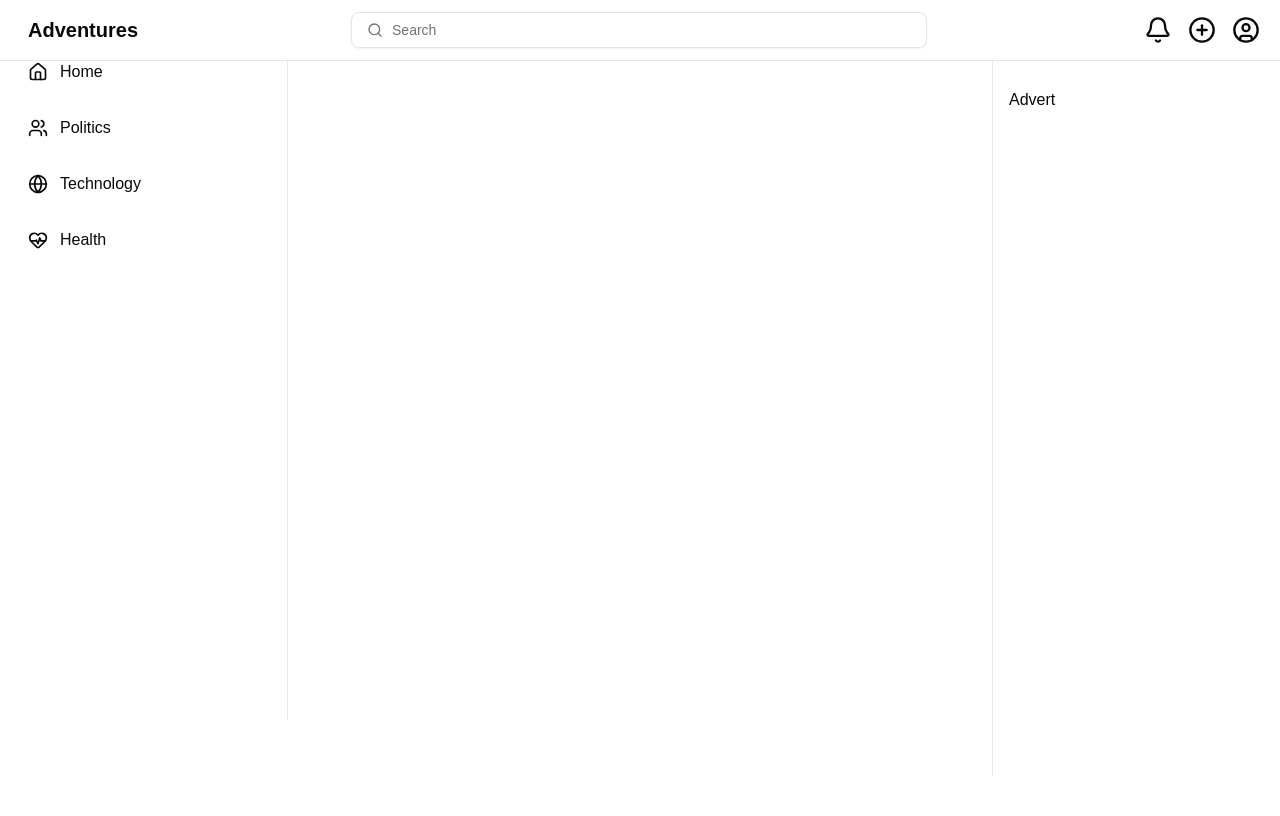
Repository: IssaMuiz/afrixpace-frontend
Page: /
An editor plug-in stored every save of this project. The page is shown before and after the next save, followed by the edit.
The browser window is 1280 px wide. The pictures show the whole page.
The page's requests for data from a server got no answer. The project was rebuilt for these pictures with package versions that can differ from the ones it lists, and the page was loaded fresh each time. The framework's server and built-in components were replaced by stand-ins that run in the browser. No one was signed in, and anything a server would have sent is missing. Also part of the build but not shown: next.config.ts, components/ui/card.tsx, components/Vote.tsx, components/PostCard.tsx.

Above is the page before, as saved 2025-02-05 14:22:09.

### app/layout.tsx
import type { Metadata } from "next";
import { Geist, Geist_Mono } from "next/font/google";
import "./globals.css";
import LayoutWrapper from "@/components/LayoutWrapper";

const geistSans = Geist({
  variable: "--font-geist-sans",
  subsets: ["latin"],
});

const geistMono = Geist_Mono({
  variable: "--font-geist-mono",
  subsets: ["latin"],
});

export const metadata: Metadata = {
  title: "Adventurer app",
  description: "Share your adventure experience here",
};

export default function RootLayout({
  children,
}: Readonly<{
  children: React.ReactNode;
}>) {
  return (
    <html lang="en">
      <body
        className={`${geistSans.variable} ${geistMono.variable} min-h-screen antialiased`}
      >
        <LayoutWrapper>{children}</LayoutWrapper>
      </body>
    </html>
  );
}

### app/page.tsx
import Feed from "@/components/Feed";

const HomePage = () => {
  return (
    <div className="h-screen ">
      <Feed />
    </div>
  );
};

export default HomePage;

### components/LayoutWrapper.tsx
"use client";

import Navbar from "@/components/Navbar";
import Sidebar from "@/components/Sidebar";
import AdvertBar from "@/components/Advertbar";
import { useState } from "react";

export default function LayoutWrapper({
  children,
}: Readonly<{
  children: React.ReactNode;
}>) {
  const [isSidebarOpen, setIsSidebarOpen] = useState(false);

  return (
    <div>
      <Navbar onMenuClick={() => setIsSidebarOpen(true)} />
      <div className="grid grid-rows-1 lg:grid-rows-[1fr_250px] xl:grid-rows-[250px_1fr_300px] gap-6 h-screen p-4">
        <Sidebar
          isOpen={isSidebarOpen}
          onClose={() => setIsSidebarOpen(false)}
        />

        <main className=" lg:mr-[290px]  xl:mx-[300px]">{children}</main>
        <AdvertBar />
      </div>
    </div>
  );
}

### components/Feed.tsx
"use client";

import { useEffect, useState } from "react";
import PostCard from "./PostCard";

interface Post {
  id: string;
  title: string;
  content: string;
  votes: number;
  mediaUrl?: string;
  mediaType: "image" | "video";
}

const Feed = () => {
  const [posts, setPosts] = useState<Post[]>([]);

  useEffect(() => {
    async function fetchPost() {
      const res = await fetch("/api/posts");
      const data = await res.json();
      setPosts(data);
    }
    fetchPost();
  }, []);
  return (
    <section className="space-y-6 mt-20">
      {posts.map((post) => (
        <PostCard key={post.id} post={post} />
      ))}
    </section>
  );
};

export default Feed;

### components/Navbar.tsx
"use client";
import { Button } from "./ui/button";
import { Input } from "./ui/input";
import { Search } from "lucide-react";
import { Menu } from "lucide-react";
import { BellIcon } from "lucide-react";
import { UserCircle } from "lucide-react";
import { PlusCircle } from "lucide-react";

interface NavbarProps {
  onMenuClick: () => void;
}

const Navbar = ({ onMenuClick }: NavbarProps) => {
  return (
    <nav className="border-b bg-white z-20 fixed left-0 right-0 top-0 border-gray-200 px-4 py-3 flex justify-between items-center">
      <div className="flex space-x-3 items-center">
        <Button
          onClick={onMenuClick}
          className="xl:hidden block hover:bg-gray-300 rounded-full  cursor-pointer border-none shadow-none p-1"
          variant="outline"
        >
          <Menu className="min-h-7 min-w-7" />
        </Button>
        <h1 className="lg:hidden block text-2xl font-semibold">A</h1>
        <h1 className="text-xl font-semibold hidden lg:flex">Adventures</h1>
      </div>
      <div className="relative max-w-xl flex-1 mx-5">
        <Search className=" h-4 absolute left-3 top-1/2 transform -translate-y-1/2 text-gray-500" />
        <Input
          type="text"
          placeholder="Search"
          className="pl-10 w-full border rounded-lg"
        />
      </div>

      <div className=" flex space-x-2">
        <Button
          className=" hover:bg-gray-300 rounded-full cursor-pointer border-none shadow-none p-1 "
          variant="outline"
        >
          <BellIcon className="min-h-7 min-w-7" />
        </Button>
        <Button
          className=" hover:bg-gray-300 rounded-full cursor-pointer border-none shadow-none p-1"
          variant="outline"
        >
          <PlusCircle className="min-h-7 min-w-7" />
        </Button>
        <Button
          className=" hover:bg-gray-300 rounded-full cursor-pointer border-none shadow-none p-1"
          variant="outline"
        >
          <UserCircle className="min-h-7 min-w-7" />
        </Button>

        {/* <Button variant="outline" className="hover:bg-gray-100">
          Login
        </Button>
        <Button className="hover:bg-white hover:text-black ">Sign up</Button> */}
      </div>
    </nav>
  );
};

export default Navbar;

### components/Sidebar.tsx
"use client";

import Link from "next/link";
import { usePathname } from "next/navigation";
import { categories } from "@/constant";
import { cn } from "@/lib/utils";
import { useEffect, useRef } from "react";

interface SidebarProps {
  isOpen: boolean;
  onClose: () => void;
}

const Sidebar = ({ isOpen, onClose }: SidebarProps) => {
  const sidebarRef = useRef<HTMLDivElement | null>(null);

  useEffect(() => {
    const handleOutsideClick = (event: MouseEvent) => {
      if (
        isOpen &&
        sidebarRef.current &&
        !sidebarRef.current.contains(event.target as Node)
      ) {
        onClose();
      }
    };

    document.addEventListener("mousedown", handleOutsideClick);
    return () => document.removeEventListener("mousedown", handleOutsideClick);
  }, [isOpen, onClose]);

  const pathname = usePathname();
  return (
    <aside className="fixed top-0 left-0 bottom-0">
      <div
        className={cn(
          "fixed inset-0 z-40 bg-black/30 transition-opacity xl:hidden",
          isOpen ? "opacity-100 visible" : "opacity-0 invisible"
        )}
      ></div>
      <div
        ref={sidebarRef}
        className={cn(
          " w-72 border-r bg-white border-gray-200 h-screen dark:bg-gray-900 px-4 pt-12 transition-transform xl:z-0 z-50 xl:relative xl:translate-x-0",
          isOpen ? "translate-x-0" : "-translate-x-full"
        )}
      >
        <ul className="space-y-2">
          {categories.map((cat) => (
            <li key={cat.name}>
              <Link
                href={`/${cat.path}`}
                className={cn(
                  "flex items-center gap-3 p-3 rounded-md hover:bg-gray-200 dark:hover:bg-gray-800 transition",
                  pathname === `/${cat.path}` &&
                    "bg-gray-300 dark:bg-gray-700 font-semibold"
                )}
              >
                <cat.icon className="w-5 h-5" />
                <span>{cat.name}</span>
              </Link>
            </li>
          ))}
        </ul>
      </div>
    </aside>
  );
};

export default Sidebar;

### components/Advertbar.tsx
const AdvertBar = () => {
  return (
    <aside className="hidden lg:block fixed right-0 top-14 bottom-0 w-72 border-l border-gray-200 h-full bg-white pt-8 px-4">
      Advert
    </aside>
  );
};

export default AdvertBar;

### components/ui/button.tsx
import * as React from "react"
import { Slot } from "@radix-ui/react-slot"
import { cva, type VariantProps } from "class-variance-authority"

import { cn } from "@/lib/utils"

const buttonVariants = cva(
  "inline-flex items-center justify-center gap-2 whitespace-nowrap rounded-md text-sm font-medium transition-colors focus-visible:outline-none focus-visible:ring-1 focus-visible:ring-ring disabled:pointer-events-none disabled:opacity-50 [&_svg]:pointer-events-none [&_svg]:size-4 [&_svg]:shrink-0",
  {
    variants: {
      variant: {
        default:
          "bg-primary text-primary-foreground shadow hover:bg-primary/90",
        destructive:
          "bg-destructive text-destructive-foreground shadow-sm hover:bg-destructive/90",
        outline:
          "border border-input bg-background shadow-sm hover:bg-accent hover:text-accent-foreground",
        secondary:
          "bg-secondary text-secondary-foreground shadow-sm hover:bg-secondary/80",
        ghost: "hover:bg-accent hover:text-accent-foreground",
        link: "text-primary underline-offset-4 hover:underline",
      },
      size: {
        default: "h-9 px-4 py-2",
        sm: "h-8 rounded-md px-3 text-xs",
        lg: "h-10 rounded-md px-8",
        icon: "h-9 w-9",
      },
    },
    defaultVariants: {
      variant: "default",
      size: "default",
    },
  }
)

export interface ButtonProps
  extends React.ButtonHTMLAttributes<HTMLButtonElement>,
    VariantProps<typeof buttonVariants> {
  asChild?: boolean
}

const Button = React.forwardRef<HTMLButtonElement, ButtonProps>(
  ({ className, variant, size, asChild = false, ...props }, ref) => {
    const Comp = asChild ? Slot : "button"
    return (
      <Comp
        className={cn(buttonVariants({ variant, size, className }))}
        ref={ref}
        {...props}
      />
    )
  }
)
Button.displayName = "Button"

export { Button, buttonVariants }

### components/ui/input.tsx
import * as React from "react"

import { cn } from "@/lib/utils"

const Input = React.forwardRef<HTMLInputElement, React.ComponentProps<"input">>(
  ({ className, type, ...props }, ref) => {
    return (
      <input
        type={type}
        className={cn(
          "flex h-9 w-full rounded-md border border-input bg-transparent px-3 py-1 text-base shadow-sm transition-colors file:border-0 file:bg-transparent file:text-sm file:font-medium file:text-foreground placeholder:text-muted-foreground focus-visible:outline-none focus-visible:ring-1 focus-visible:ring-ring disabled:cursor-not-allowed disabled:opacity-50 md:text-sm",
          className
        )}
        ref={ref}
        {...props}
      />
    )
  }
)
Input.displayName = "Input"

export { Input }

### constant.ts
import { Home, Users, Globe, HeartPulseIcon } from "lucide-react";

export const categories = [
  {
    name: "Home",
    icon: Home,
    path: "/",
  },
  {
    name: "Politics",
    icon: Users,
    path: "explore/politics",
  },
  {
    name: "Technology",
    icon: Globe,
    path: "explore/technology",
  },
  {
    name: "Health",
    icon: HeartPulseIcon,
    path: "explore/health",
  },
];

### lib/utils.ts
/* eslint-disable @typescript-eslint/no-explicit-any */
import { clsx } from "clsx";
import { twMerge } from "tailwind-merge";

export function cn(...inputs: any[]) {
  return twMerge(clsx(inputs));
}

### tailwind.config.ts
import type { Config } from "tailwindcss";
import tailwindAnimate from "tailwindcss-animate";

export default {
  darkMode: ["class"],
  content: [
    "./pages/**/*.{js,ts,jsx,tsx,mdx}",
    "./components/**/*.{js,ts,jsx,tsx,mdx}",
    "./app/**/*.{js,ts,jsx,tsx,mdx}",
  ],
  theme: {
    extend: {
      colors: {
        background: "hsl(var(--background))",
        foreground: "hsl(var(--foreground))",
        card: {
          DEFAULT: "hsl(var(--card))",
          foreground: "hsl(var(--card-foreground))",
        },
        popover: {
          DEFAULT: "hsl(var(--popover))",
          foreground: "hsl(var(--popover-foreground))",
        },
        primary: {
          DEFAULT: "hsl(var(--primary))",
          foreground: "hsl(var(--primary-foreground))",
        },
        secondary: {
          DEFAULT: "hsl(var(--secondary))",
          foreground: "hsl(var(--secondary-foreground))",
        },
        muted: {
          DEFAULT: "hsl(var(--muted))",
          foreground: "hsl(var(--muted-foreground))",
        },
        accent: {
          DEFAULT: "hsl(var(--accent))",
          foreground: "hsl(var(--accent-foreground))",
        },
        destructive: {
          DEFAULT: "hsl(var(--destructive))",
          foreground: "hsl(var(--destructive-foreground))",
        },
        border: "hsl(var(--border))",
        input: "hsl(var(--input))",
        ring: "hsl(var(--ring))",
        chart: {
          "1": "hsl(var(--chart-1))",
          "2": "hsl(var(--chart-2))",
          "3": "hsl(var(--chart-3))",
          "4": "hsl(var(--chart-4))",
          "5": "hsl(var(--chart-5))",
        },
      },
      borderRadius: {
        lg: "var(--radius)",
        md: "calc(var(--radius) - 2px)",
        sm: "calc(var(--radius) - 4px)",
      },
    },
  },

  plugins: [tailwindAnimate],
} satisfies Config;

Loaded but not shown: app/globals.css (common file)

After the next save:
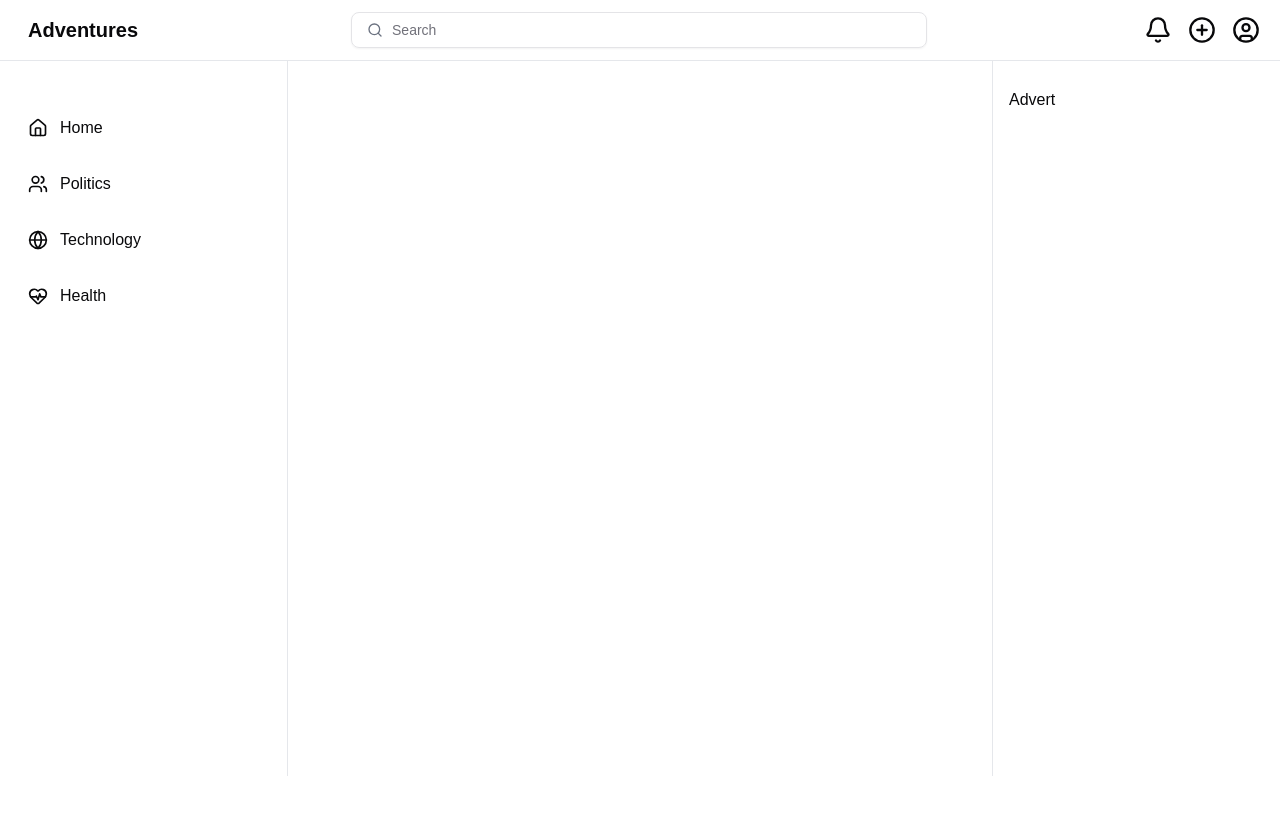
Saved 11 s later.
--- a/components/Sidebar.tsx
+++ b/components/Sidebar.tsx
@@ -31,7 +31,7 @@ const Sidebar = ({ isOpen, onClose }: SidebarProps) => {
 
   const pathname = usePathname();
   return (
-    <aside className="fixed top-0 left-0 bottom-0">
+    <aside className="fixed top-14 left-0 bottom-0">
       <div
         className={cn(
           "fixed inset-0 z-40 bg-black/30 transition-opacity xl:hidden",
